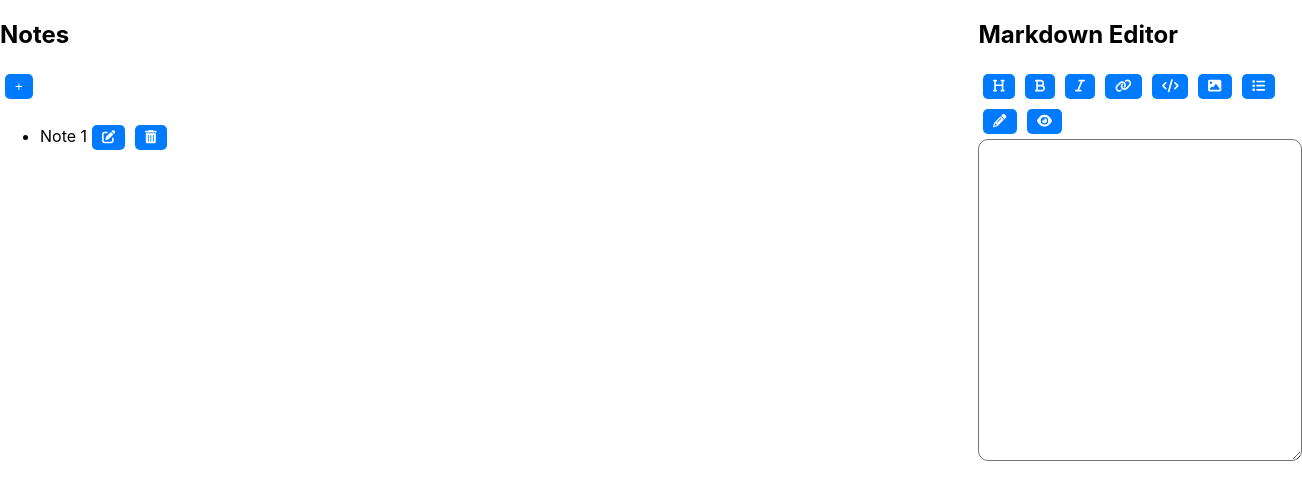
Repository: sriram1224/markdown_editor
Page: /
The author's editor kept a copy of each file at every save. The page is drawn from the files as they stood at one save, then again after the next save.
The browser window is 1280 px wide. The page is 1302 px wide, then 1280 px, so the pictures cover 1302 px, including what lies to the right of the window. The pictures show the whole page.
The project was rebuilt for these pictures with package versions that can differ from the ones it lists, and the page was loaded fresh each time.

Above is the page before, as saved 2024-04-22 23:07:36.

After the next save:
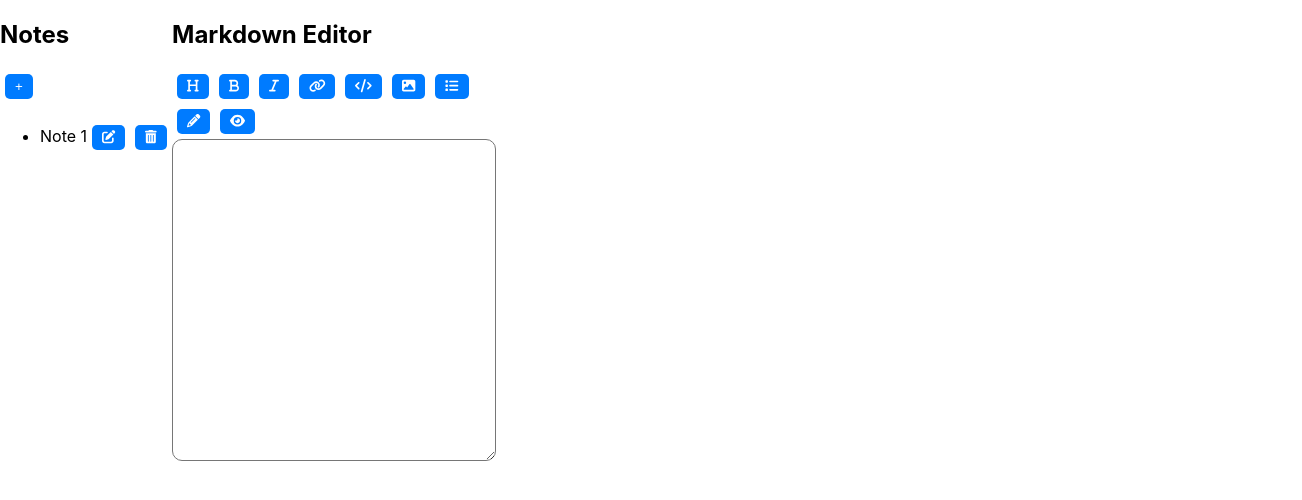
Saved 12 s later.
--- a/src/App.css
+++ b/src/App.css
@@ -32,7 +32,7 @@
 }
 .container{
   display: flex;
-  justify-content: space-between;
+
 
 }
 .editor-section {
